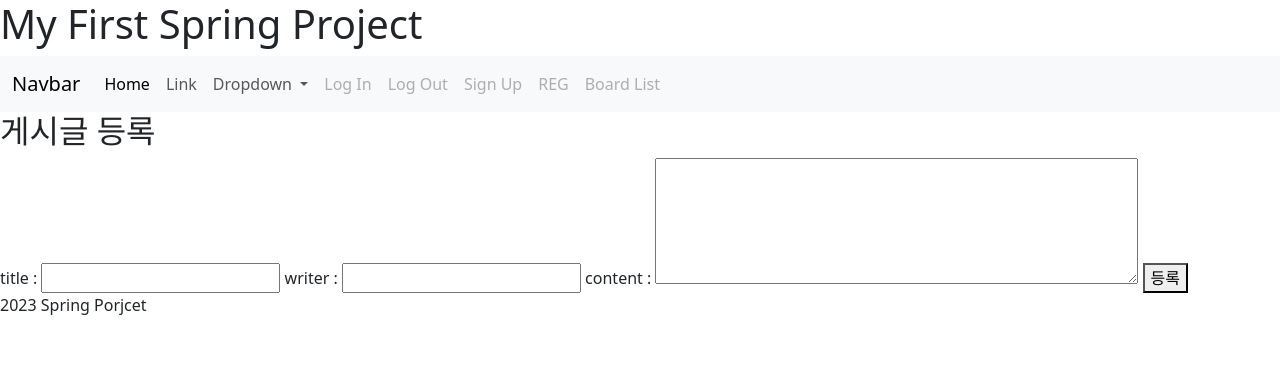
Repository: Leesunghoon1/ezenSpring
Page: http://localhost/spring-Test/WEB-INF/views/board/register.jsp
These files come from the project's save history. The page is drawn as it stood at one moment and after the next save; the edit follows.
The browser window is 1280 px wide. The pictures show the whole page.
The page is served by Tomcat 9. Nobody is signed in. Other server files are loaded and not shown. The template is opened directly, without the code that normally fills it, so the values that code supplies are empty.

Above is the page before, as saved 2023-10-05 07:28:19.

### spring-Test/src/main/webapp/WEB-INF/views/board/register.jsp
<%@ page language="java" contentType="text/html; charset=UTF-8"
    pageEncoding="UTF-8"%>
    <%@ taglib uri="http://java.sun.com/jsp/jstl/core" prefix="c" %>
<!DOCTYPE html>
<html>
<head>
<meta charset="UTF-8">
<title>Insert title here</title>
</head>
<body>
<jsp:include page="../layout/header.jsp"></jsp:include>
<h2> 게시글 등록 </h2>
<!-- mapping 상태는 get / post 가 별도의 mapping을 가짐  -->
<form action="/board/register" method="post">
	title : <input type="text" name="title">
	writer : <input type="text" name="writer">
	content : <textarea rows="5" cols="50" name="content"></textarea>
	<button>등록</button>
</form>
<jsp:include page="../layout/footer.jsp"></jsp:include>
</body>
</html>

### spring-Test/src/main/webapp/WEB-INF/views/layout/header.jsp
<%@ page language="java" contentType="text/html; charset=UTF-8"
    pageEncoding="UTF-8"%>
    <%@ taglib uri="http://java.sun.com/jsp/jstl/core" prefix="c" %>
<!DOCTYPE html>
<html>
<head>
<meta charset="UTF-8">
<title>Insert title here</title>
<link href="https://cdn.jsdelivr.net/npm/bootstrap@5.3.1/dist/css/bootstrap.min.css" rel="stylesheet" integrity="sha384-4bw+/aepP/YC94hEpVNVgiZdgIC5+VKNBQNGCHeKRQN+PtmoHDEXuppvnDJzQIu9" crossorigin="anonymous">
<script src="https://cdn.jsdelivr.net/npm/bootstrap@5.3.1/dist/js/bootstrap.bundle.min.js" integrity="sha384-HwwvtgBNo3bZJJLYd8oVXjrBZt8cqVSpeBNS5n7C8IVInixGAoxmnlMuBnhbgrkm" crossorigin="anonymous"></script>
</head>
<body>
<h1> My First Spring Project </h1>

<nav class="navbar navbar-expand-lg bg-body-tertiary">
  <div class="container-fluid">
    <a class="navbar-brand" href="#">Navbar</a>
    <button class="navbar-toggler" type="button" data-bs-toggle="collapse" data-bs-target="#navbarSupportedContent" aria-controls="navbarSupportedContent" aria-expanded="false" aria-label="Toggle navigation">
      <span class="navbar-toggler-icon"></span>
    </button>
    <div class="collapse navbar-collapse" id="navbarSupportedContent">
      <ul class="navbar-nav me-auto mb-2 mb-lg-0">
        <li class="nav-item">
          <a class="nav-link active" aria-current="page" href="#">Home</a>
        </li>
        <li class="nav-item">
          <a class="nav-link" href="#">Link</a>
        </li>
        <li class="nav-item dropdown">
          <a class="nav-link dropdown-toggle" href="#" role="button" data-bs-toggle="dropdown" aria-expanded="false">
            Dropdown
          </a>
          <ul class="dropdown-menu">
            <li><a class="dropdown-item" href="#">Action</a></li>
            <li><a class="dropdown-item" href="#">Another action</a></li>
            <li><hr class="dropdown-divider"></li>
            <li><a class="dropdown-item" href="#">Something else here</a></li>
          </ul>
        </li>
        <li class="nav-item">
          <a class="nav-link disabled" aria-disabled="true">Log In</a>
        </li>
                <li class="nav-item">
          <a class="nav-link disabled" aria-disabled="true">Log Out</a>
        </li>
                <li class="nav-item">
          <a class="nav-link disabled" aria-disabled="true">Sign Up</a>
        </li>
                <li class="nav-item">
          <a class="nav-link disabled" aria-disabled="true">REG</a>
        </li>
                <li class="nav-item">
          <a class="nav-link disabled" aria-disabled="true">Board List</a>
        </li>
      </ul>
<!--       <form class="d-flex" role="search">
        <input class="form-control me-2" type="search" placeholder="Search" aria-label="Search">
        <button class="btn btn-outline-success" type="submit">Search</button>
      </form> -->
    </div>
  </div>
</nav>

### spring-Test/src/main/webapp/WEB-INF/views/layout/footer.jsp
<%@ page language="java" contentType="text/html; charset=UTF-8"
    pageEncoding="UTF-8"%>

<div>
2023 Spring Porjcet
</div>
</body>
</html>

After the next save:
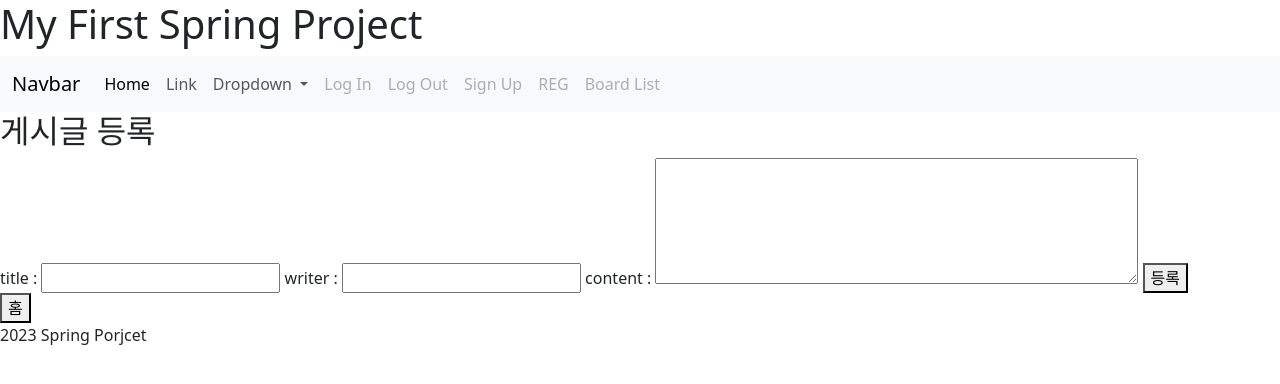
Saved 55 s later.
--- a/spring-Test/src/main/webapp/WEB-INF/views/board/register.jsp
+++ b/spring-Test/src/main/webapp/WEB-INF/views/board/register.jsp
@@ -15,8 +15,13 @@
 	title : <input type="text" name="title">
 	writer : <input type="text" name="writer">
 	content : <textarea rows="5" cols="50" name="content"></textarea>
-	<button>등록</button>
+	<button type="submit">등록</button>
 </form>
+
+<a href="/">
+	<button type="button">홈</button>
+</a>
+
 <jsp:include page="../layout/footer.jsp"></jsp:include>
 </body>
 </html>
